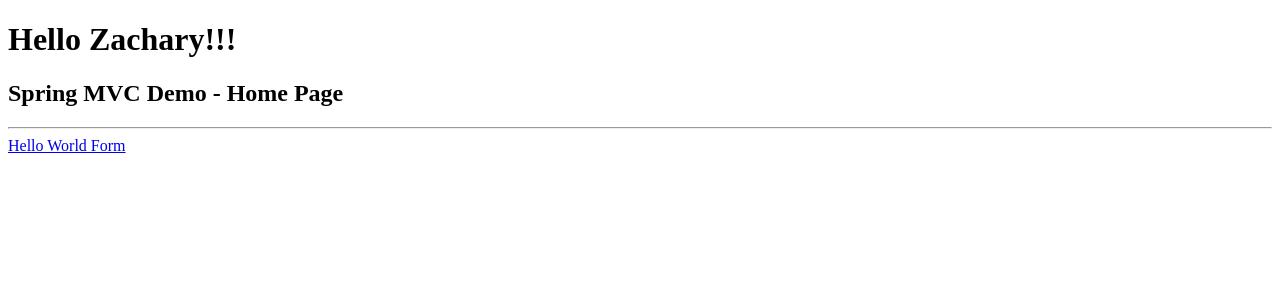
Repository: fintechilla/extra_work
Page: http://localhost/spring-mvc-demo-act/
These files come from the project's save history. The page is drawn as it stood at one moment and after the next save; the edit follows.
The browser window is 1280 px wide. The pictures show the whole page.
The page is served by Tomcat 9. Other server files are loaded and not shown.

Above is the page before, as saved 2020-06-20 05:45:43.

### Eclipse/spring-mvc-demo-act/WebContent/WEB-INF/view/main-menu.jsp
<!DOCTYPE html>

<html>
<body>

<h1>Hello Zachary!!!</h1>

<h2>Spring MVC Demo - Home Page</h2>
<hr>

<a href="showForm">Hello World Form</a>

</body>
</html>

After the next save:
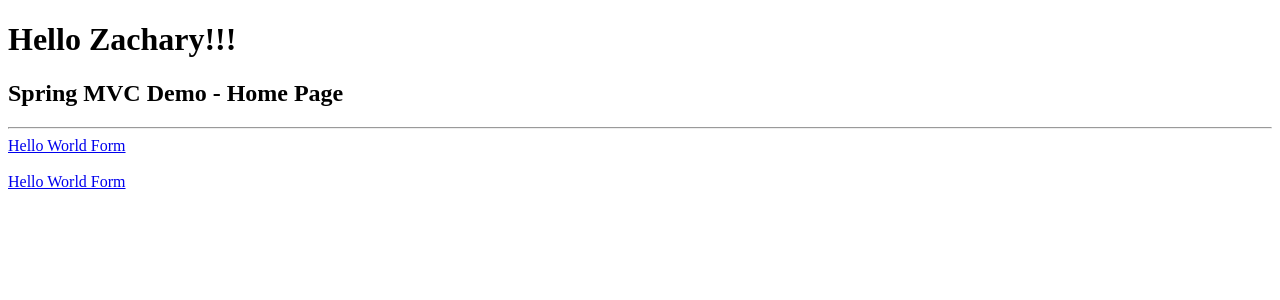
Saved 74 s later.
--- a/Eclipse/spring-mvc-demo-act/WebContent/WEB-INF/view/main-menu.jsp
+++ b/Eclipse/spring-mvc-demo-act/WebContent/WEB-INF/view/main-menu.jsp
@@ -10,5 +10,8 @@
 
 <a href="showForm">Hello World Form</a>
 
+<br><br>
+
+<a href="student/showForm">Hello World Form</a>
 </body>
 </html>
